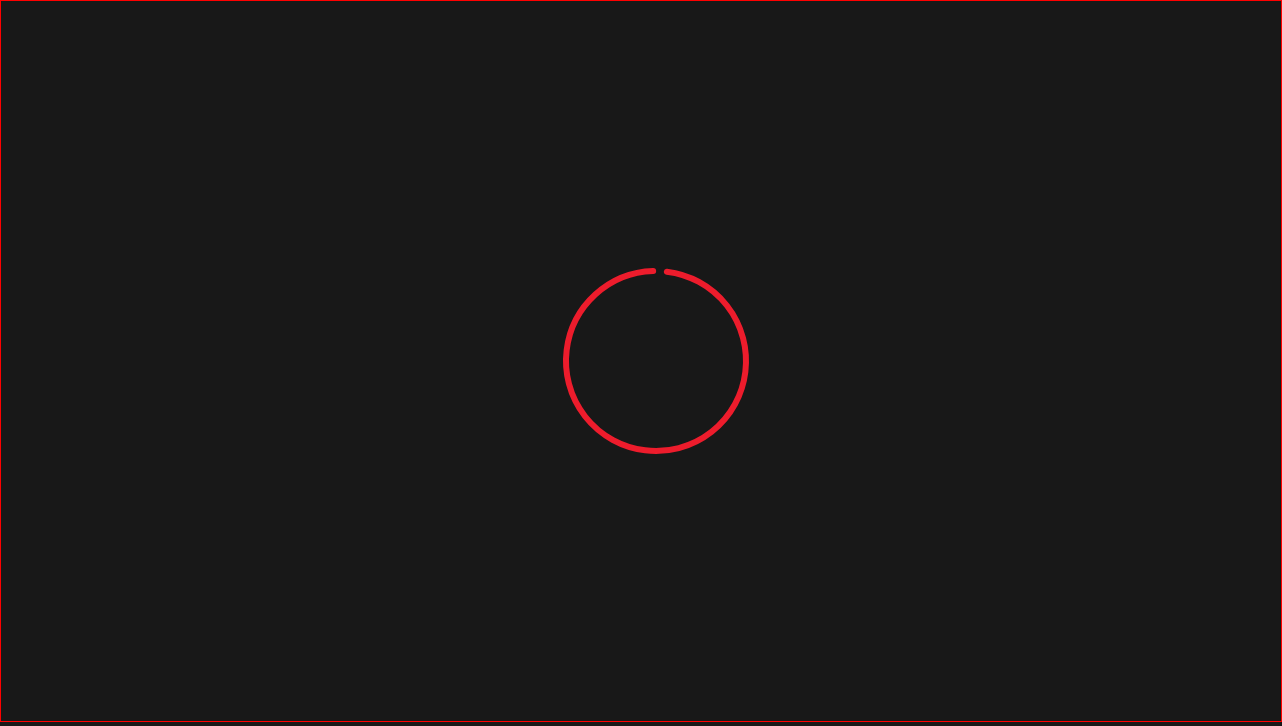
Repository: randy918/chris-canvas-52323
Page: index.html
These files come from the project's save history. The page is drawn as it stood at one moment and after a run of saves; the edit follows.
The browser window is 1280 px wide. The page is 1282 px wide, so the pictures cover 1282 px, including what lies to the right of the window. The pictures show the whole page.
The style sheet was rebuilt from its Sass, Less or Tailwind sources for each picture, by a compiler version that may differ from the author's.

Above is the page before, as saved 2023-05-28 16:10:01.

After the next 2 saves:
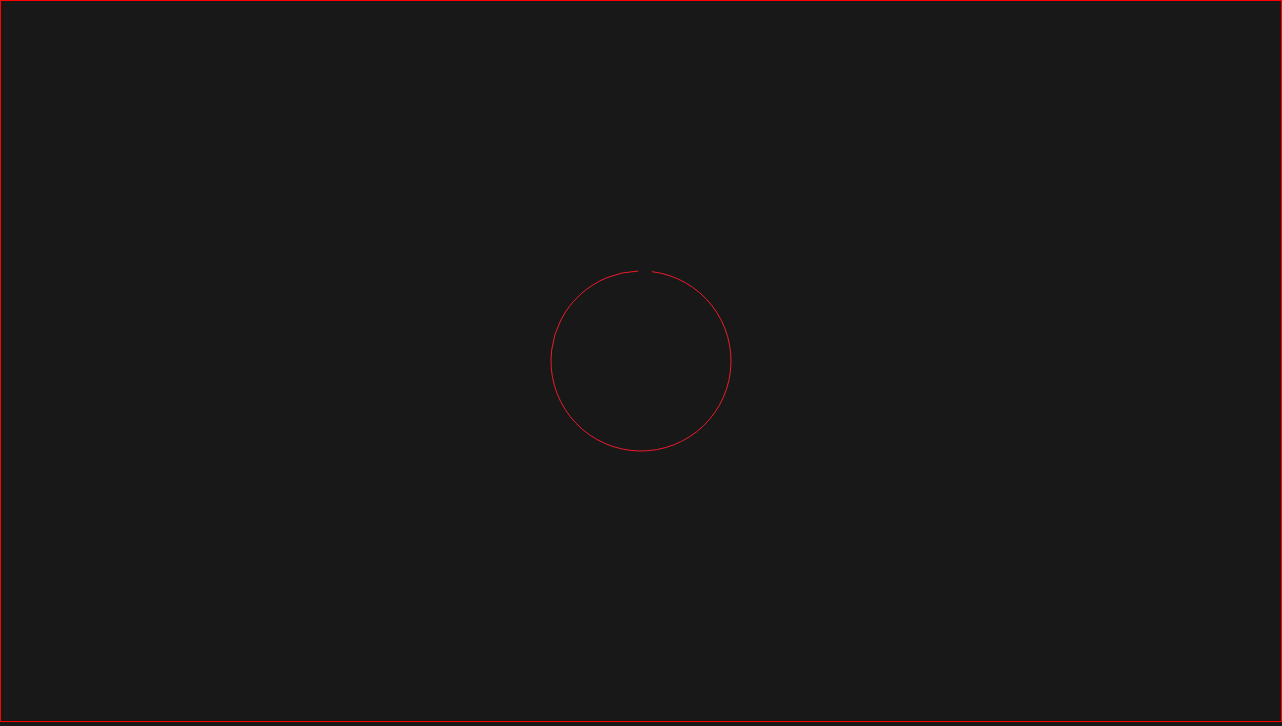
Console error: ReferenceError: defaultStrokeWidth is not defined
The 2 saves are shown as one change because they came seconds apart.
The last was saved 5 s later.
--- a/js/canvas.js
+++ b/js/canvas.js
@@ -33,7 +33,7 @@ const main = function () {
 
 	//* default stroke
     const STROKEWIDTH = 6;
-	let defaultStrokeWidth = STROKEWIDTH;
+	let strokeWidth = STROKEWIDTH;
 
 
 	//!  10123.1609 LIBRARY============================================================

After the 2 saves that followed:
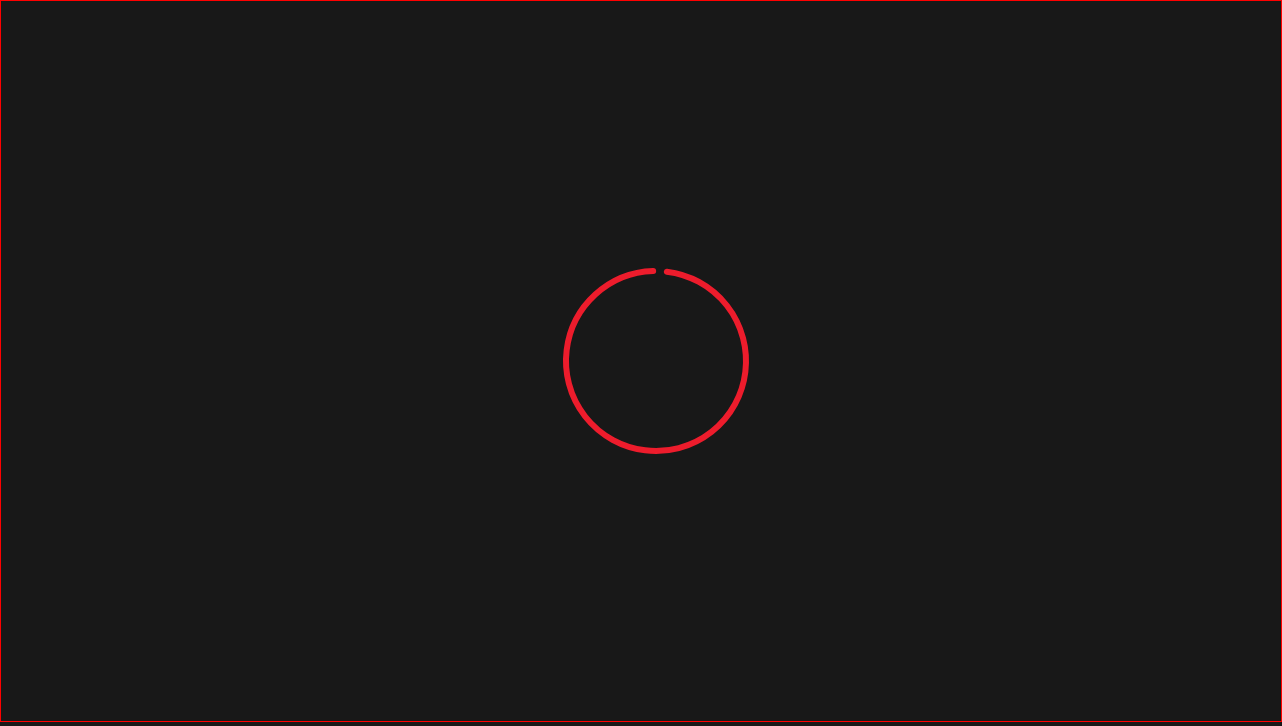
The error is gone.
The 2 saves are shown as one change because they came seconds apart.
The last was saved 10 s later.
--- a/js/canvas.js
+++ b/js/canvas.js
@@ -43,7 +43,7 @@ const main = function () {
         requestAnimationFrame(c_Animate);
         c_Circle(centerX, centerY, 90);
         c.strokeStyle = "#ed1c2c";
-        c.lineWidth = defaultStrokeWidth;
+        c.lineWidth = strokeWidth;
 		c.lineCap = "round";
 
         centerX +=dx;
